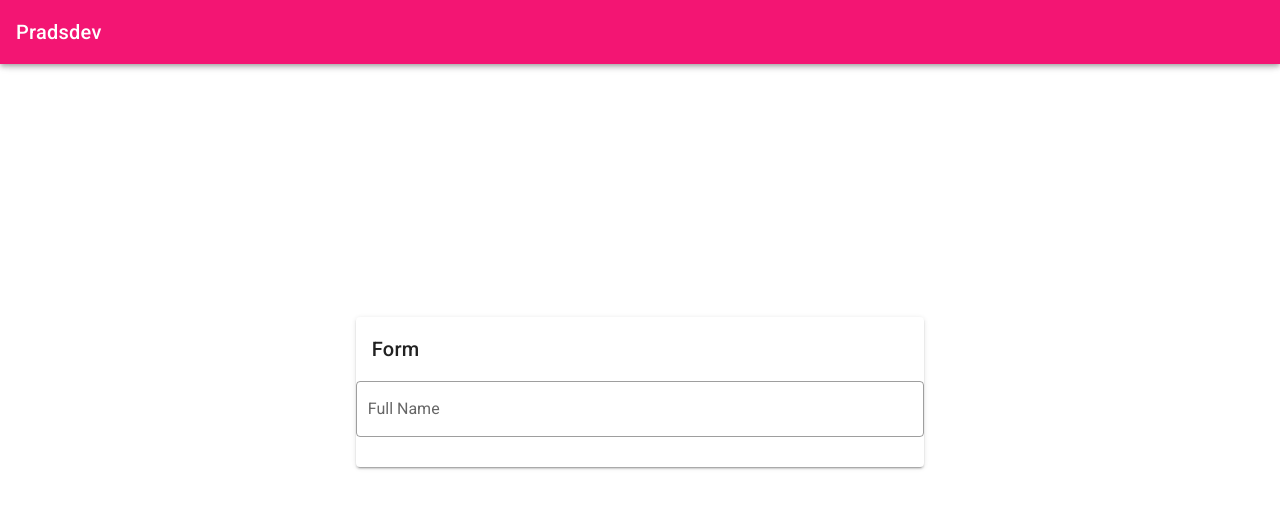
Repository: pradsdev/vue-form-validate
Page: /
These files come from the project's save history. The page is drawn as it stood at one moment and after the next save; the edit follows.
The browser window is 1280 px wide. The pictures show the whole page.
The project was rebuilt for these pictures with package versions that can differ from the ones it lists, and the page was loaded fresh each time. Also part of the build but not shown: vue.config.js.

Above is the page before, as saved 2020-12-21 22:53:55.

### src/App.vue
<template>
  <v-app>
    <v-app-bar
      app
      color="primary"
      dark
    >
      <div class="d-flex align-center">
        <div class="title">
          Pradsdev
        </div>
      </div>
    </v-app-bar>

    <v-main>
      <HelloWorld/>
    </v-main>
  </v-app>
</template>

<script>
import HelloWorld from './components/HelloWorld'

export default {
  name: 'App',

  components: {
    HelloWorld
  },

  data: () => ({
    //
  })
}
</script>

### src/plugins/vuetify.js
import Vue from 'vue'
import Vuetify from 'vuetify/lib/framework'

Vue.use(Vuetify)

export default new Vuetify({
  theme: {
    options: {
      customProperties: true
    },
    themes: {
      light: {
        primary: '#f31573',
        secondary: '#424242',
        accent: '#82B1FF',
        error: '#FF5252',
        info: '#2196F3',
        success: '#4CAF50',
        warning: '#FFC107'
      }
    }
  }
})

### src/components/HelloWorld.vue
<template>
  <v-container fill-height>
    <v-row class="text-center justify-center">
      <v-col cols="6">
        <v-card>
          <v-card-title>
            Form
          </v-card-title>
          <v-form>
              <v-text-field outlined label="Full Name"/>
          </v-form>
        </v-card>
      </v-col>
    </v-row>
  </v-container>
</template>

<script>
export default {
  name: 'HelloWorld',

  data: () => ({
  })
}
</script>

Loaded but not shown: public/index.html (common file); src/main.js (common file)

After the next save:
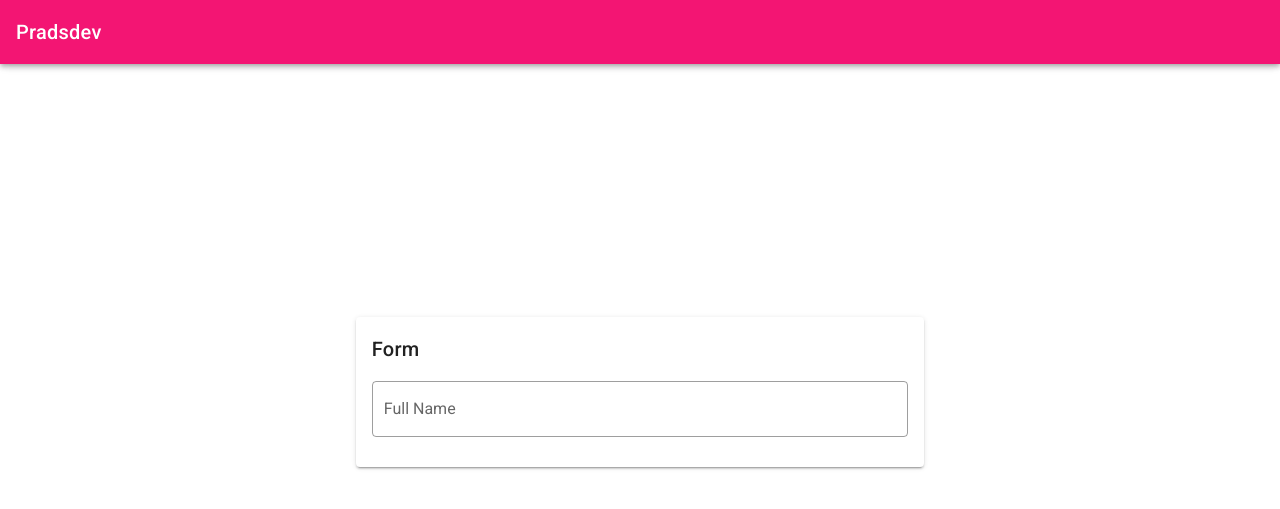
Saved 9 s later.
--- a/src/components/HelloWorld.vue
+++ b/src/components/HelloWorld.vue
@@ -6,7 +6,7 @@
           <v-card-title>
             Form
           </v-card-title>
-          <v-form>
+          <v-form class="mx-4">
               <v-text-field outlined label="Full Name"/>
           </v-form>
         </v-card>
